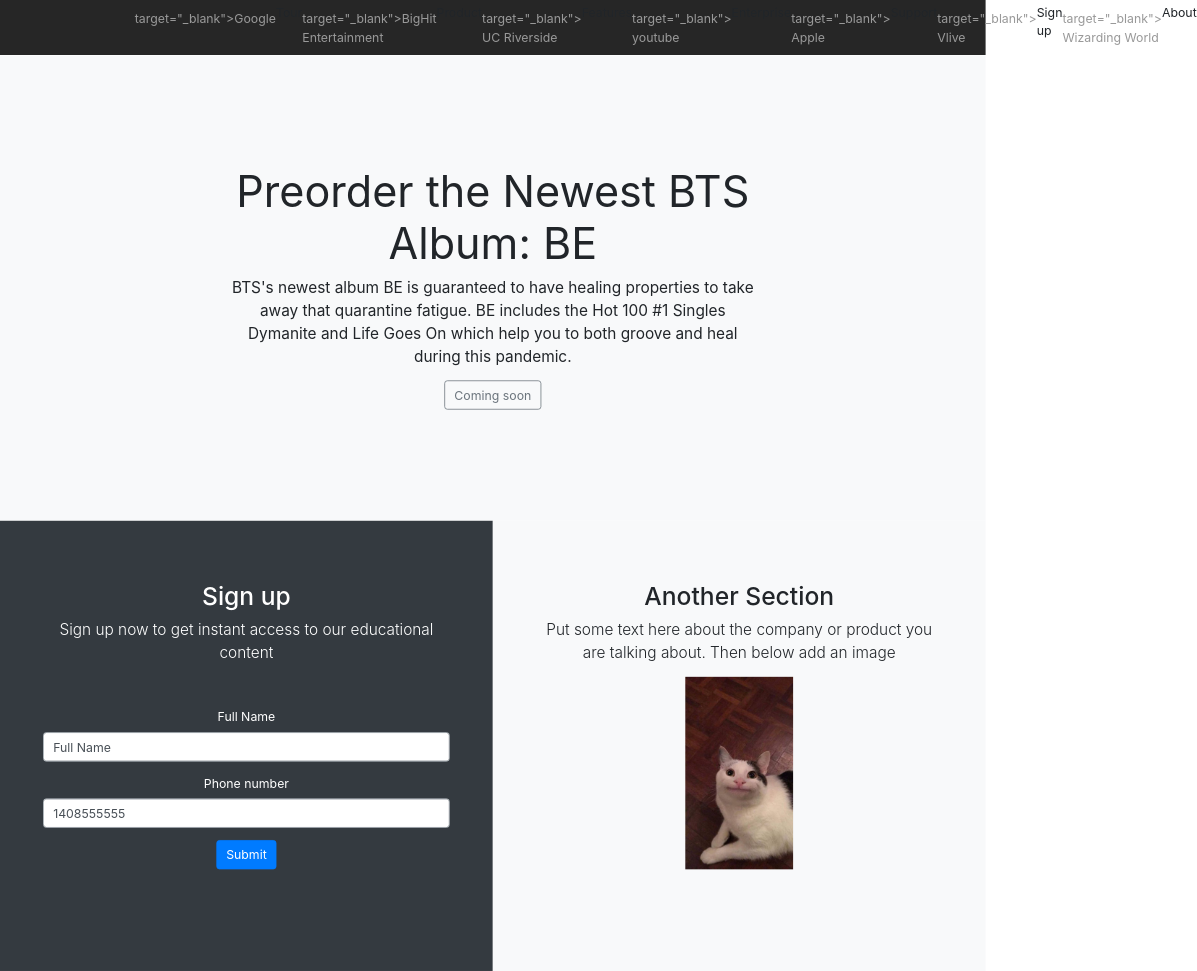
Repository: Hailee005/HaileeMadrigal-Resume
Page: LearnCS8-Twilio/index.html
The author's editor kept a record of every edit. The page is drawn from the files as they stood at one moment, then again after the next edit.
The browser window is 1280 px wide. The page is 1554 px wide, then 1280 px, so the pictures cover 1554 px, including what lies to the right of the window. The pictures show the whole page, at 77% of full size.

Above is the page before.

After the next edit:
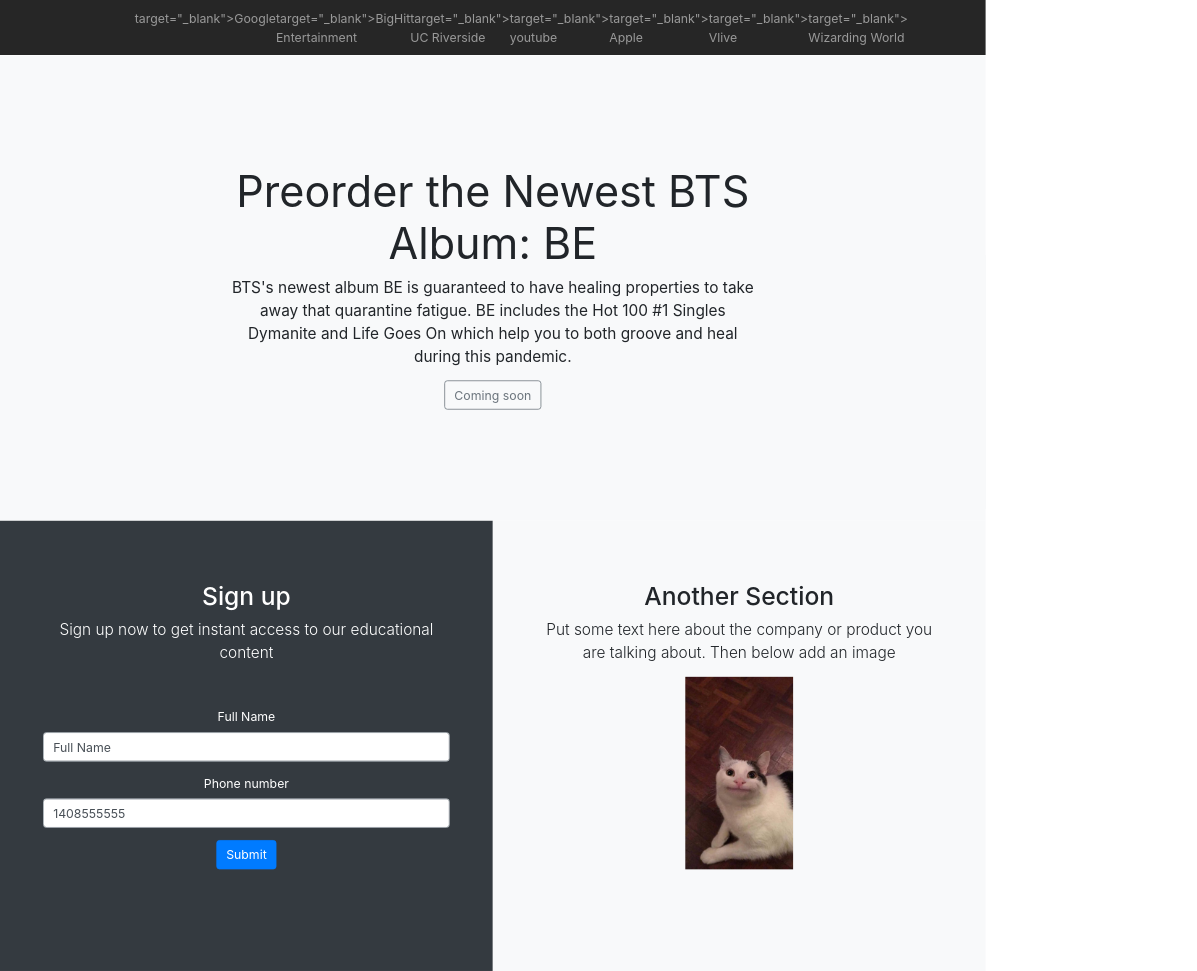
The edit:
--- a/LearnCS8-Twilio/index.html
+++ b/LearnCS8-Twilio/index.html
@@ -18,13 +18,13 @@
     <nav class="site-header sticky-top py-1">
     <!-- Top Menu Bar -->
     <div class="container d-flex flex-column flex-md-row justify-content-between">
-        <a class="py-2 d-none d-md-inline-block" id="menu-item-1" href="https://google.com"> target="_blank">Google</a> Tour</a>
-        <a class="py-2 d-none d-md-inline-block" id="menu-item-2" href="https://ibighit.com/"> target="_blank">BigHit Entertainment</a> Product</a>
-        <a class="py-2 d-none d-md-inline-block" id="menu-item-3" href="https://www.ucr.edu/"> target="_blank"> UC Riverside</a> Features</a>
-        <a class="py-2 d-none d-md-inline-block" id="menu-item-4" href="https://www.youtube.com/"> target="_blank"> youtube</a> Enterprise</a>
-        <a class="py-2 d-none d-md-inline-block" id="menu-item-5" href="https://www.apple.com/"> target="_blank"> Apple</a> Support</a>
-        <a class="py-2 d-none d-md-inline-block" id="menu-item-6" href="https://www.vlive.tv/channel/FE619"> target="_blank"> Vlive</a> Sign up</a>
-        <a class="py-2 d-none d-md-inline-block" id="menu-item-7" href="https://www.wizardingworld.com/"> target="_blank"> Wizarding World</a> About</a>
+        <a class="py-2 d-none d-md-inline-block" id="menu-item-1" href="https://google.com"> target="_blank">Google</a>
+        <a class="py-2 d-none d-md-inline-block" id="menu-item-2" href="https://ibighit.com/"> target="_blank">BigHit Entertainment</a>
+        <a class="py-2 d-none d-md-inline-block" id="menu-item-3" href="https://www.ucr.edu/"> target="_blank"> UC Riverside</a>
+        <a class="py-2 d-none d-md-inline-block" id="menu-item-4" href="https://www.youtube.com/"> target="_blank"> youtube</a>
+        <a class="py-2 d-none d-md-inline-block" id="menu-item-5" href="https://www.apple.com/"> target="_blank"> Apple</a>
+        <a class="py-2 d-none d-md-inline-block" id="menu-item-6" href="https://www.vlive.tv/channel/FE619"> target="_blank"> Vlive</a>
+        <a class="py-2 d-none d-md-inline-block" id="menu-item-7" href="https://www.wizardingworld.com/"> target="_blank"> Wizarding World</a>
     </div>
 </nav>
 <!-- Main Header Section h1-->
